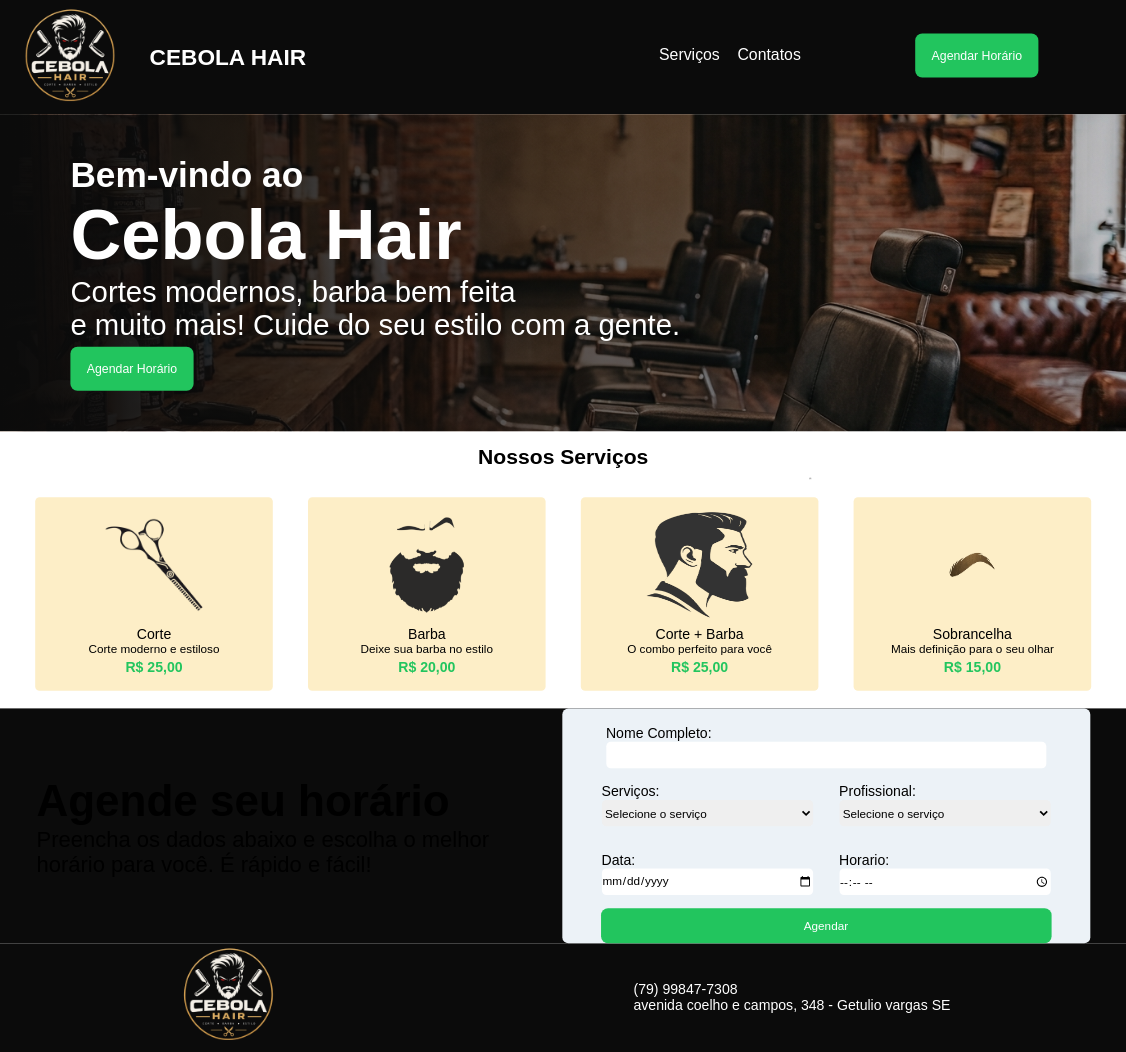
Repository: antonymsantana-design/final.activitie1
Page: index.html
An editor plug-in stored every save of this project. The page is shown before and after a run of saves, followed by the edit.
The browser window is 1280 px wide. The pictures show the whole page, at 88% of full size.

Above is the page before, as saved 2026-09-15 20:10:06.

After the next 2 saves:
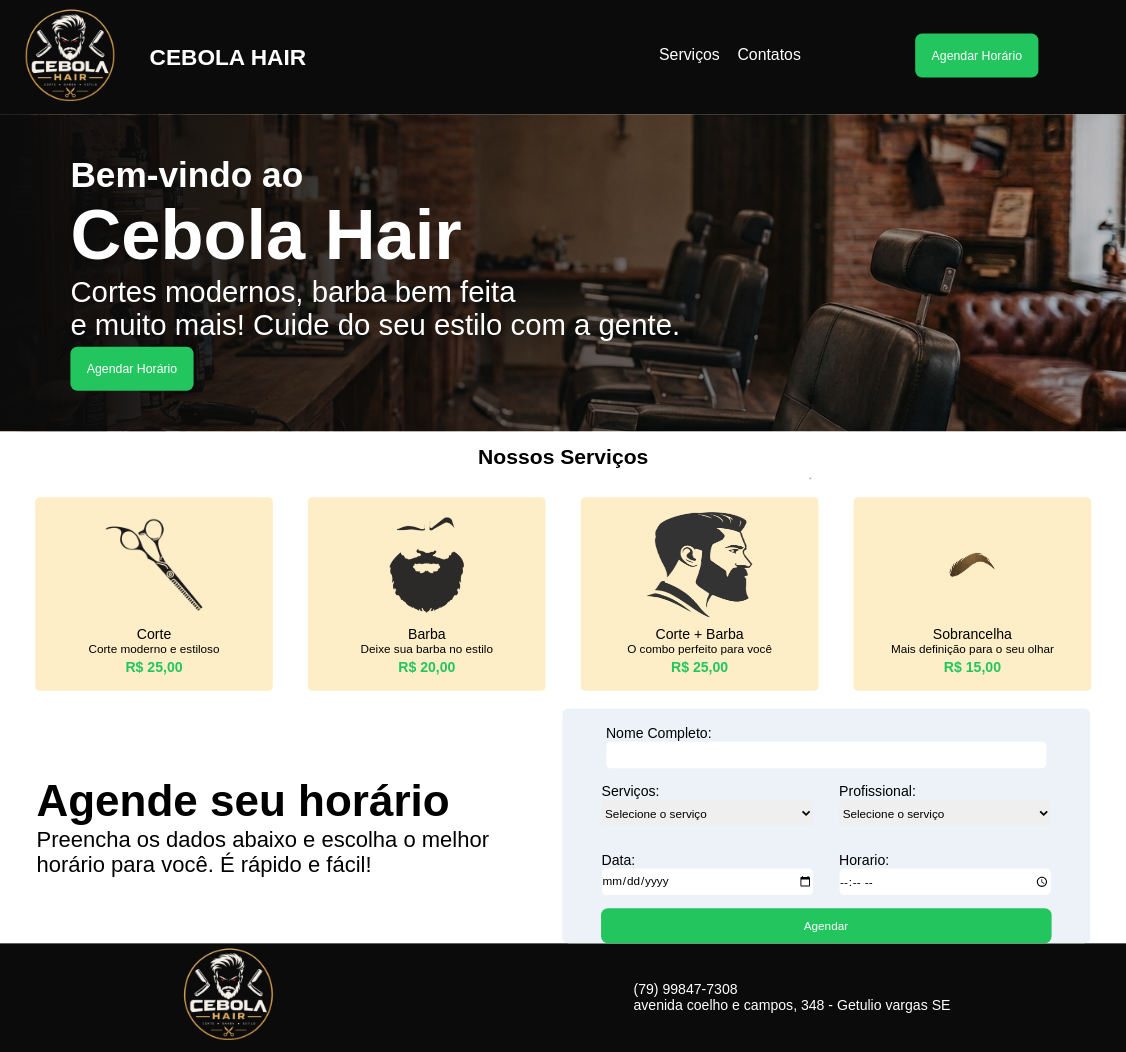
The 2 saves are shown as one change because they came seconds apart.
The last was saved 8 s later.
--- a/style.css
+++ b/style.css
@@ -165,7 +165,7 @@ hr {
     display: flex;
     justify-content: space-around;
     align-items: center;
-    background-color: #0B0B0B;
+
 }
 
 .form{
